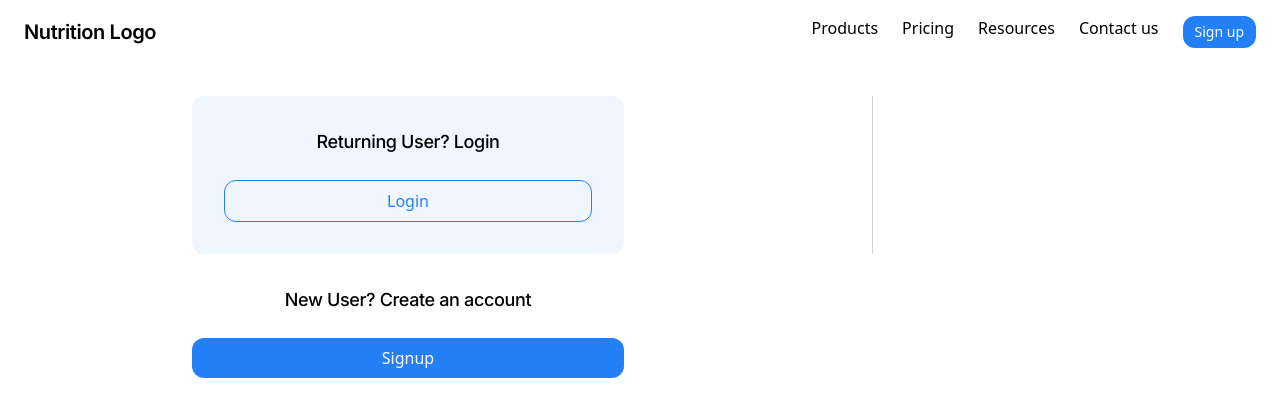
Repository: nikhilchikkam/im-project
Page: /auth (app in frontend/)
These files come from the project's save history. The page is drawn as it stood at one moment and after the next save; the edit follows.
The browser window is 1280 px wide. The pictures show the whole page.
The project was rebuilt for these pictures with package versions that can differ from the ones it lists, and the page was loaded fresh each time. Also part of the build but not shown: frontend/vite.config.ts, frontend/src/features/auth/AuthLayout.tsx, frontend/src/components/Input.tsx, frontend/src/features/auth/LoginForm.tsx, frontend/src/pages/LoginPage.tsx, frontend/src/features/auth/ForgotPasswordForm.tsx, frontend/src/pages/ForgotPasswordPage.tsx, frontend/src/components/NavbarBefore.tsx.

Above is the page before, as saved 2025-06-11 11:06:58.

After the next save:
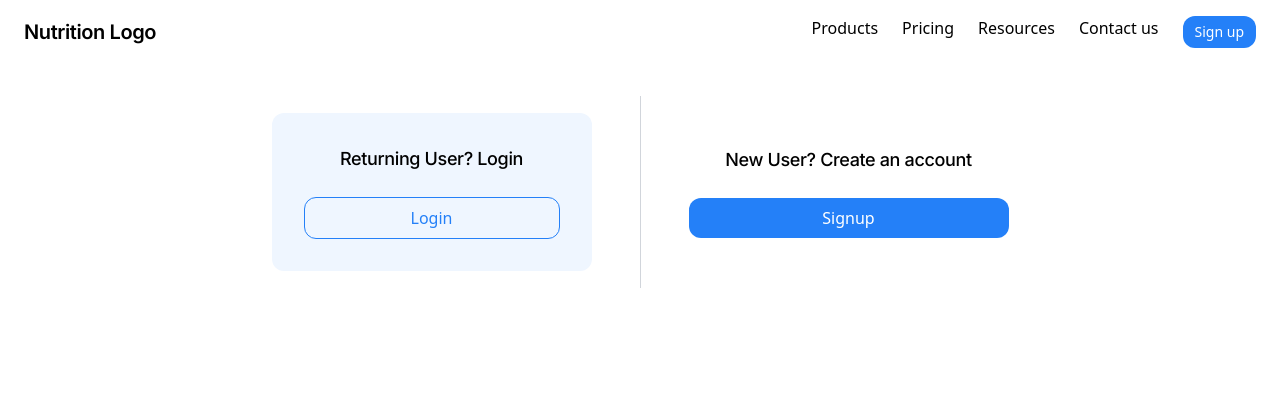
Saved 3 min 47 s later.
--- a/frontend/src/pages/AuthLandingPage.tsx
+++ b/frontend/src/pages/AuthLandingPage.tsx
@@ -19,30 +19,27 @@ const AuthLanding = () => {
       </div>
 
       {/* Auth Options */}
-      <div className="grid grid-cols-1 md:grid-cols-2 gap-8 max-w-4xl mx-auto">
+      <div className="flex flex-col md:flex-row justify-center items-center gap-12 max-w-5xl mx-auto">
         {/* Login Side */}
-        <div className="bg-blue-50 p-8 rounded-xl text-center flex flex-col justify-center">
-          <h2 className="text-lg font-medium mb-6">Returning User? Login</h2>
-          <Link to="/login">
-            <Button variant="outline" className="w-full">
-              Login
-            </Button>
-          </Link>
+        <div className="bg-blue-50 p-8 rounded-xl text-center w-80 flex flex-col justify-center items-center">
+            <h2 className="text-lg font-medium mb-6">Returning User? Login</h2>
+            <Link to="/login" className="w-full">
+            <Button variant="outline" className="w-full">Login</Button>
+            </Link>
         </div>
 
-        {/* Divider on larger screens */}
-        <div className="hidden md:flex justify-center">
-          <div className="w-px h-full bg-gray-300" />
-        </div>
+        {/* Divider */}
+        <div className="hidden md:block h-48 w-px bg-gray-300" />
 
         {/* Signup Side */}
-        <div className="text-center flex flex-col justify-center">
-          <h2 className="text-lg font-medium mb-6">New User? Create an account</h2>
-          <Link to="/signup">
+        <div className="text-center w-80 flex flex-col justify-center items-center">
+            <h2 className="text-lg font-medium mb-6">New User? Create an account</h2>
+            <Link to="/signup" className="w-full">
             <Button className="w-full">Signup</Button>
-          </Link>
+            </Link>
         </div>
       </div>
+
     </div>
   );
 };
